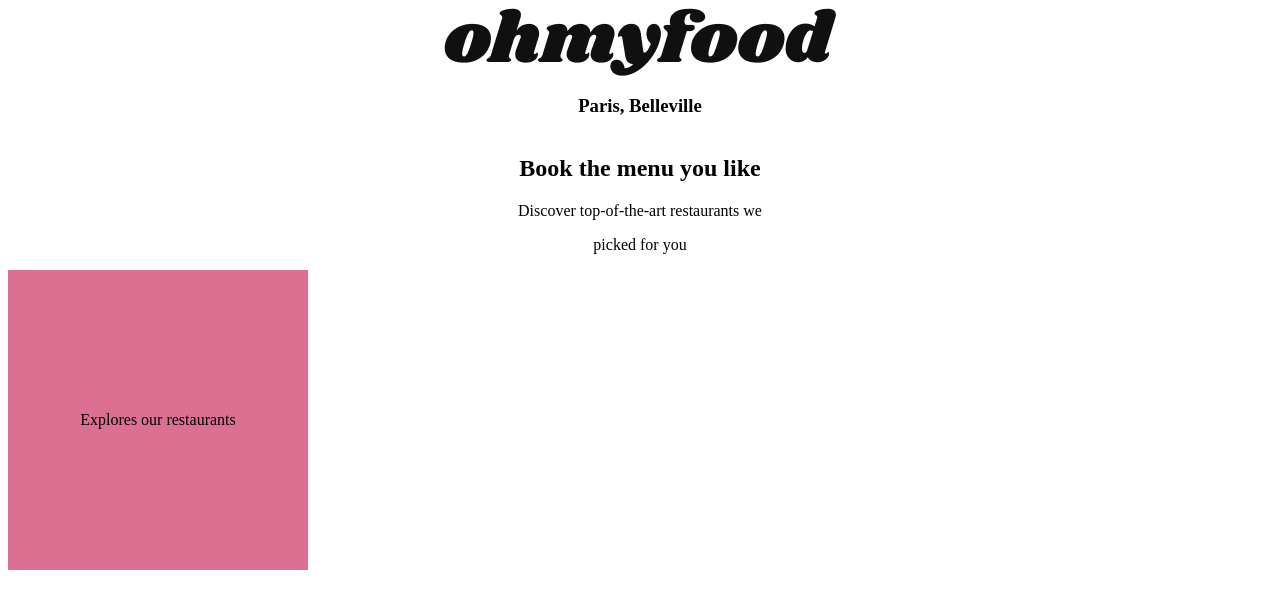
Repository: ailahin/ohmyfood
Page: Index.html
The author's editor kept a copy of each file at every save. The page is drawn from the files as they stood at one save, then again after the next save.
The browser window is 1280 px wide. The pictures show the whole page.

Above is the page before, as saved 2023-08-11 00:30:41.

After the next save:
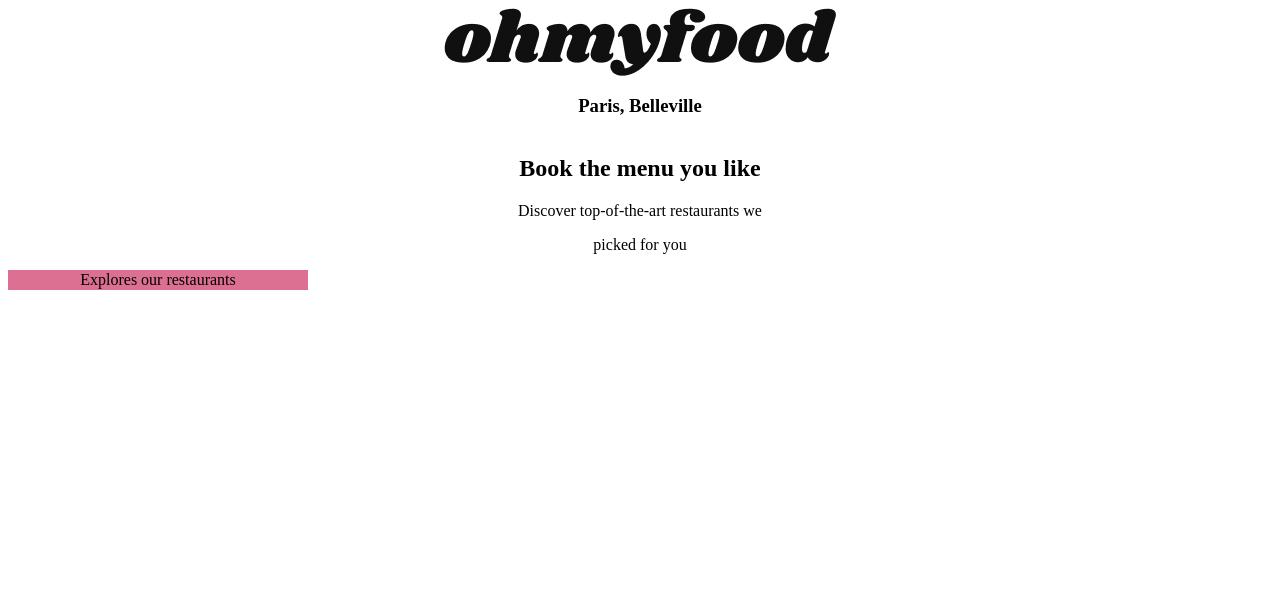
Saved 5 s later.
--- a/index.css
+++ b/index.css
@@ -30,7 +30,7 @@
         display: flex;
         background-color: palevioletred;
         width: 300px;
-        height: 300px;
+        height: 20px;
 
 
     }
